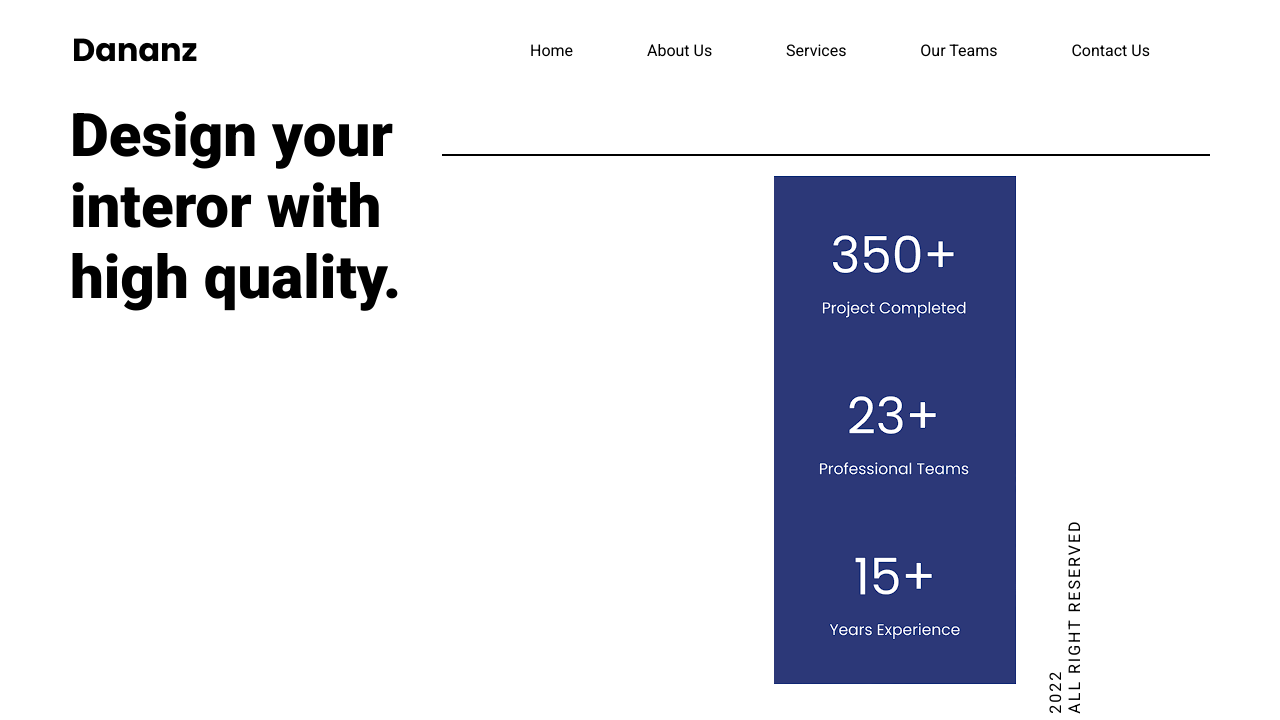
Repository: AsadKasimov/disain
Page: index.html
An editor plug-in stored every save of this project. The page is shown before and after a run of saves, followed by the edit.
The browser window is 1280 px wide. The pictures show the whole page.

Above is the page before, as saved 2023-04-20 12:53:30.

### index.html
<!DOCTYPE html>
<html lang="en">
<head>
    <meta charset="UTF-8">
    <meta http-equiv="X-UA-Compatible" content="IE=edge">
    <meta name="viewport" content="width=device-width, initial-scale=1.0">
    <title>F</title>
    <link rel="stylesheet" href="./style.css">
</head>
<body>

    <div class="wrapper">
        <header class="header">
            <!-- Шапка -->
            <div class="logo">
                <img src="./img/Dananz.png" alt="">
            </div>

            <!-- Меню сайта -->
            <nav class="nav">
                <ul>
                    <li>Home</li>
                    <li>About Us</li>
                    <li>Services</li>
                    <li>Our Teams</li>
                    <li>Contact Us</li>

                </ul>
            </nav>

            <!-- Иконка бургерменю -->
            <div class="burger">
                <span></span>
            </div>
        </header>
        <div class="menu">
            <div class="text-menu">
                <h1>Design your interor with high quality.</h1>
            </div>
            <div class="text-line">
                <hr class="text-line-l">
                <div class="h-pic">
                    <img src="./img/rec.png" alt="">
                    <div class="img-t">
                        <p>2022<br>ALL RIGHT RESERVED</p>
                    </div>
                </div>

            </div>


        </div>
        <div class="h-pic2">
            <img src="./img/rec.png" alt="">
        </div>
    </div>



    <script>
        document.querySelector('.burger').addEventListener('click', function() {
            this.classList.toggle('active');
            document.querySelector('.nav').classList.toggle('open');
        })
    </script>
</body>
</html>

### style.css
@import url('https://fonts.googleapis.com/css2?family=Roboto:ital,wght@0,100;0,300;0,400;0,500;0,900;1,100;1,300;1,400;1,500;1,700;1,900&display=swap');

html, body {
  height: 100%;
  width: 100%;

}

body {
  display: flex;
  flex-direction: column;
  font-family: 'Roboto', sans-serif;
  background-color: #fff;
  /* overflow: hidden; */

}

*{
  padding: 0;
  margin: 0;
  box-sizing: border-box;
}

.wrapper{
  flex-grow: 1;
}

.open{
  display: flex !important;
}

.header{
  display: flex;
  align-items: center;
  justify-content: space-between;
  min-height: 100px;
  background-color: #fff;
  color: #000;
  padding: 0 90px;
}

.logo{
  display: flex;
  justify-content: center;
  flex-direction: column;
  align-items: center;

  width: 90px;
  height: 90px;
}

.nav{
  display: flex;
  width: 700px;
  padding: 0 40px;
}

.nav ul{
  width: 100%;
  list-style: none;
  display: flex;
  justify-content: space-between;
}

.burger{
  display: none;
  position: relative;
  z-index: 50;
  align-items: center;
  justify-content: flex-end;
  width: 30px;
  height: 18px;
}

.burger span{
  height: 2px;
  width: 80%;
  transform: scale(1);
  background-color: #000;
}

.burger::before, .burger::after{
  content: '';
  position: absolute;
  height: 2px;
  width: 100%;
  background-color: #000;
  transition: all 0.3s ease 0s;
}

.burger::before { top: 0 }

.burger::after { bottom: 0 }


.burger.active span { transform: scale(0) }

.burger.active::before{
  top: 50%;
  transform: rotate(-45deg) translate(0, -50%);
}

.burger.active::after{
  bottom: 50%;
  transform: rotate(45deg) translate(0, 50%);
}

h1 {
  display: block;
  font-size: 2em;
  margin-block-start: 0;
  margin-block-end: 0;
  margin-inline-start: 0px;
  margin-inline-end: 0px;
  font-weight: bold;
}

.menu{
  display: flex;
  justify-content: flex-start;
  padding: 0 70px;
  align-items:baseline;

}

.text-menu{
  font-weight: 700;
  font-size: 30px;
  width: 500px;
}

hr.text-line-l{
  border: 1px solid black;
  width: 60vw;

}

.text-line{
  display: flex;
  flex-direction: column;
  gap: 20px;
}

.h-pic2{
  display: none;
}

.h-pic{
  display: flex;
  justify-content: flex-end;
  align-items: flex-end;

}

.img-t p{
  padding-bottom: 50%;
  text-transform: uppercase;
  letter-spacing: 2px;
  transform: rotate(-90deg);
  display: flex;
  justify-content: flex-start;
  align-items: center;
}

@media (max-width: 700px) {

  .h-pic{
    display: none;
  }


  .h-pic2{
    display: block;
  }


  hr.text-line-l {
    border: 1px solid black;
    height: 100%;
    width: 0px;
  }



  .menu{
    display: flex;
    justify-content: flex-start;
    padding: 0 20px;
    align-items:normal;
    gap: 23%;
  }

  .text-menu{
    width: 70%;
    font-size: 22px;

  }

  .header{
    display: flex;
    align-items: center;
    justify-content: space-between;
    min-height: 100px;
    background-color: #fff;
    color: #000;
    padding: 0 40px;
  }

  .nav{
    display: flex;
    width: 700px;
    padding: 0 40px;
  }

  .burger { display: flex }

  .nav{
      display: none;
      flex-direction: column;
      position: fixed;
      height: 100%;
      width: 100%;
      top: 0; bottom: 0; left: 0; right: 0;
      z-index: 50;
      overflow-y: auto;
      padding: 50px 40px;
      background-color: ghostwhite;

  }

  .nav ul{
      flex-direction: column;
      row-gap: 30px;
  }
}

After the next 2 saves:
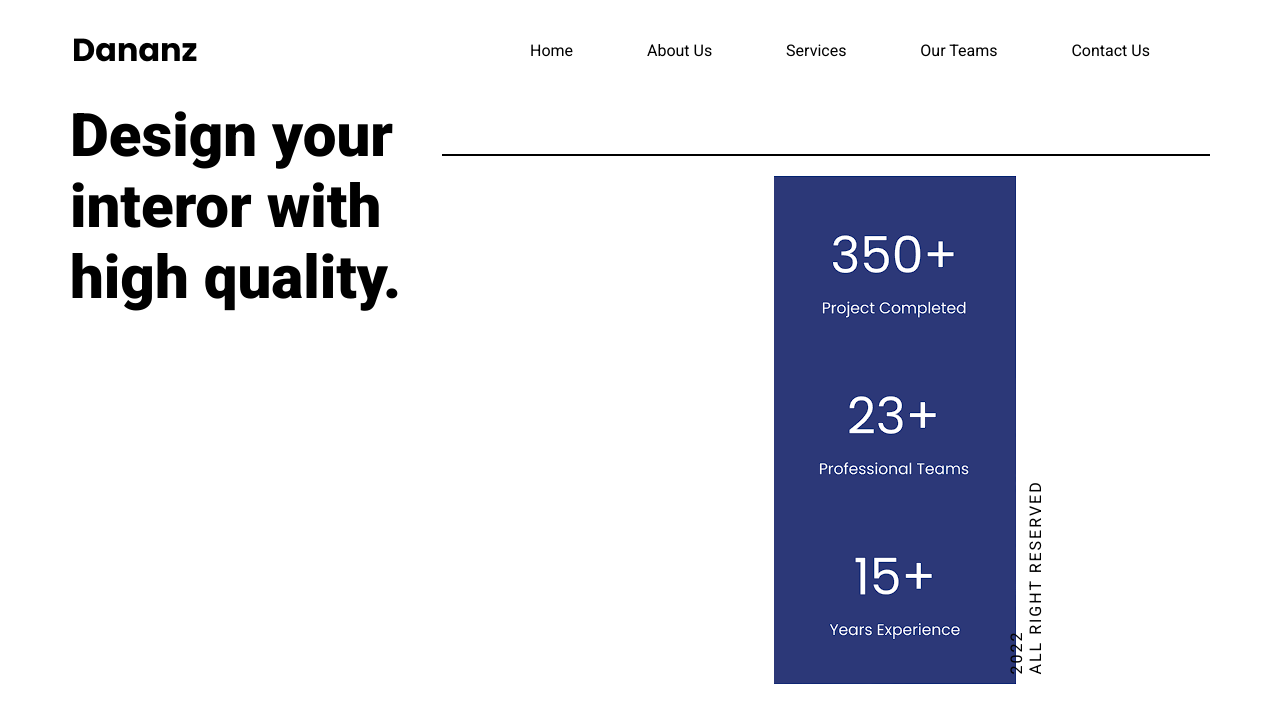
The 2 saves are shown as one change because they came seconds apart.
The last was saved 13 s later.
--- a/style.css
+++ b/style.css
@@ -153,7 +153,7 @@ hr.text-line-l{
 }
 
 .img-t p{
-  padding-bottom: 50%;
+  padding-bottom: 90%;
   text-transform: uppercase;
   letter-spacing: 2px;
   transform: rotate(-90deg);
